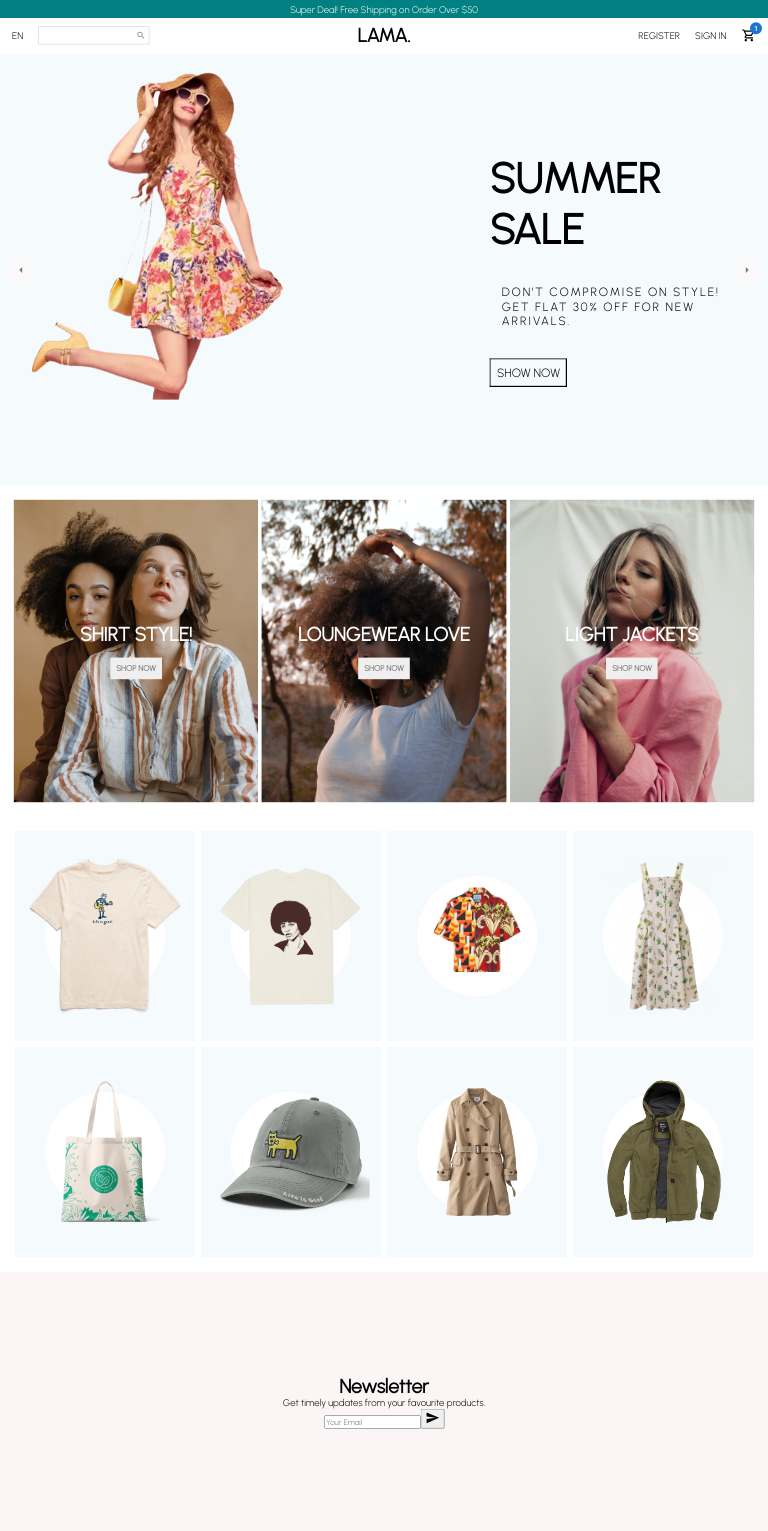
Repository: kmvaghela/ECOMMERCE
Page: /
These files come from the project's save history. The page is drawn as it stood at one moment and after the next save; the edit follows.
The browser window is 1280 px wide. The pictures show the whole page, at 60% of full size.
The project was rebuilt for these pictures with package versions that can differ from the ones it lists, and the page was loaded fresh each time.

Above is the page before, as saved 2022-02-23 18:20:33.

After the next save:
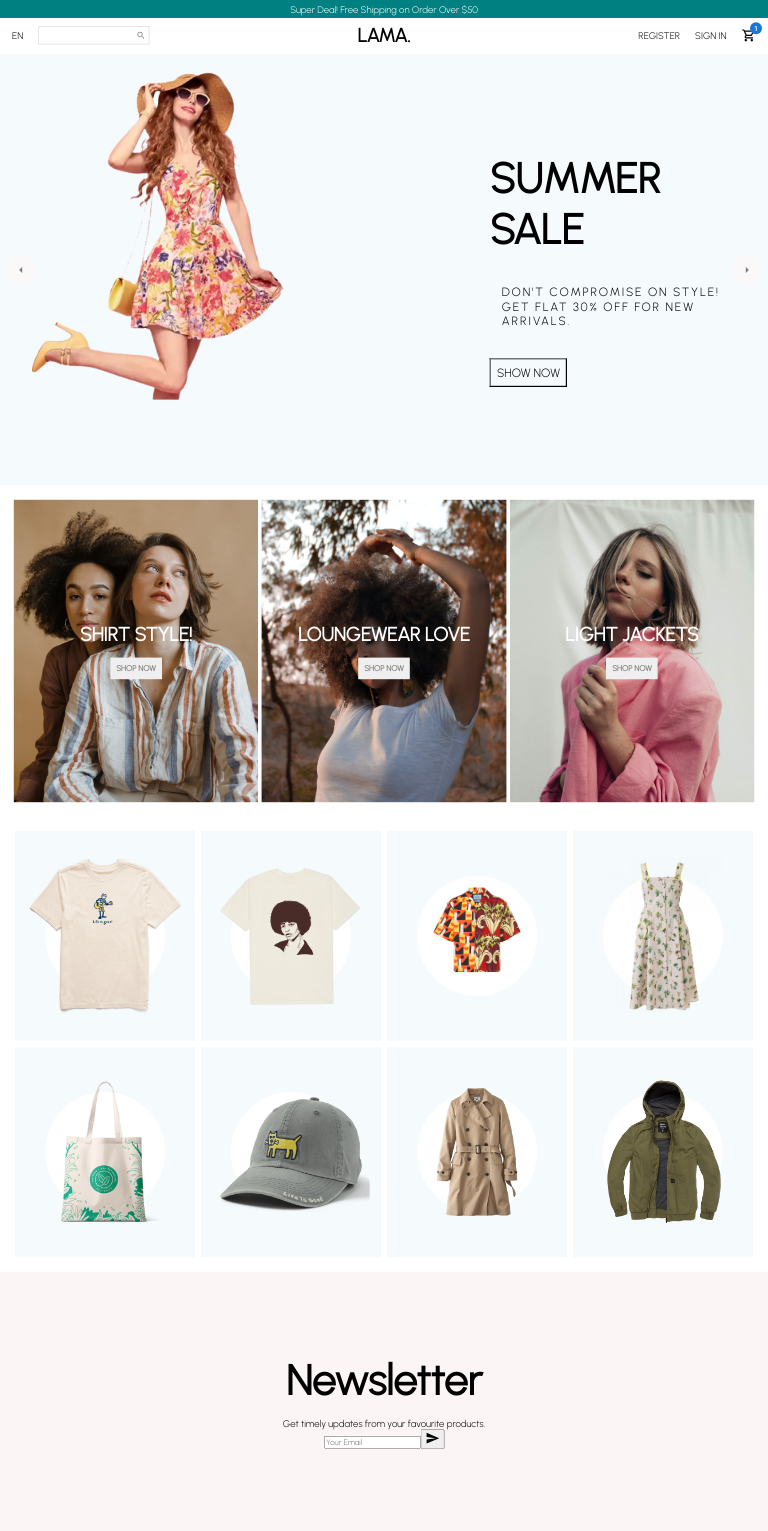
Saved 68 s later.
--- a/src/components/Newsletter.jsx
+++ b/src/components/Newsletter.jsx
@@ -11,10 +11,17 @@
   flex-direction: column;
 `;
 
-const Title = styled.h1``;
+const Title = styled.h1`
+  font-size: 70px;
+  margin-bottom: 20px;
+`;
+
 const Description = styled.div``;
+
 const InputContainer = styled.div``;
+
 const Input = styled.input``;
+
 const Button = styled.button``;
 
 const Newsletter = () => {
